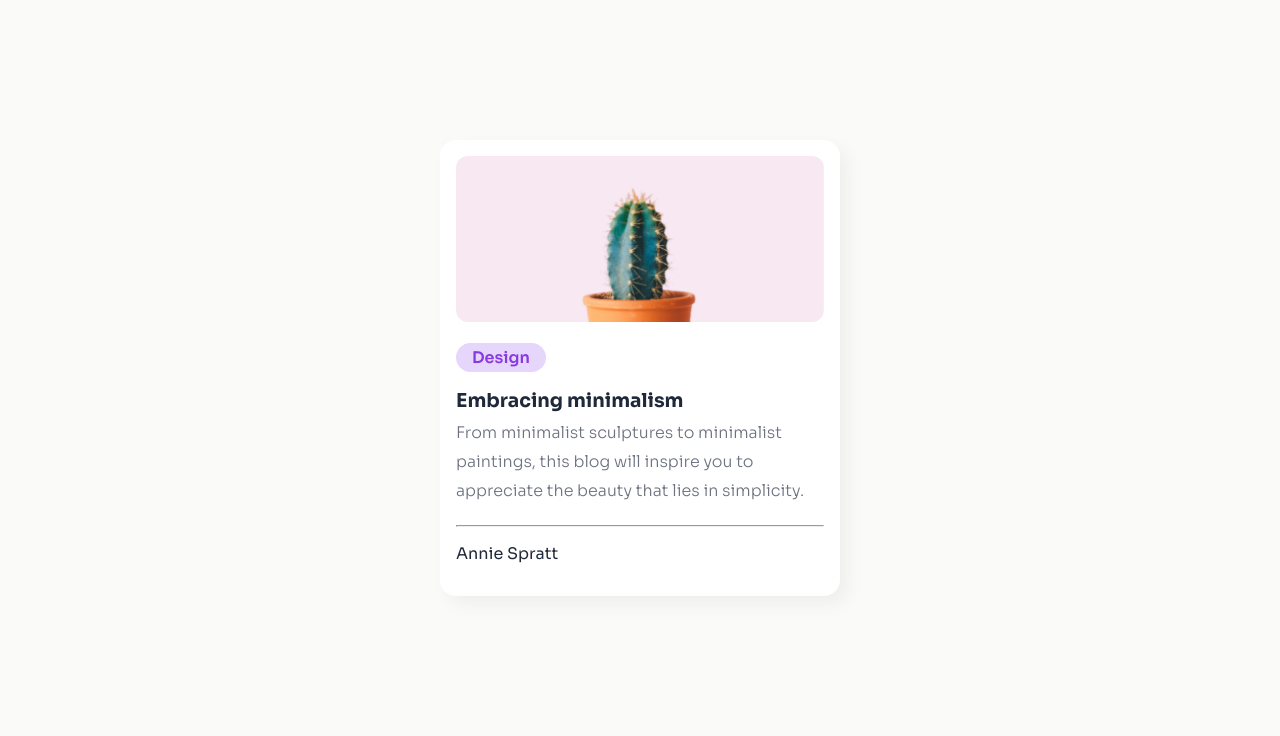
Repository: PCGP22/devChallengesio
Page: 01 - Minimal Blog Card/blogCard.html
The author's editor kept a copy of each file at every save. The page is drawn from the files as they stood at one save, then again after the next save.
The browser window is 1280 px wide. The pictures show the whole page.

Above is the page before, as saved 2024-01-01 20:04:55.

### 01 - Minimal Blog Card/blogCard.html
<!DOCTYPE html>
<html lang="en">
<head>
    <link rel="stylesheet" type="text/css" href="styles.css">
    <meta charset="UTF-8">
    <meta name="viewport" content="width=device-width, initial-scale=1.0">
    <title>Document</title>
</head>
<body>
    <div class="card">
        <img src="./cactus_img.jpg" alt="cactus image">
        <p class="tag">Design</p>
        <h1>Embracing minimalism</h1>
        <p class="text">From minimalist sculptures to minimalist paintings, this blog will inspire you to appreciate the beauty that lies in simplicity.</p>
        <hr/>
        <p>Annie Spratt</p>
    </div>
</body>
</html>

### 01 - Minimal Blog Card/styles.css
@import url('https://fonts.googleapis.com/css2?family=Prata&family=Sora:wght@300;400;500;600;700&display=swap');

:root{
    --purple_text: #883AE1;
    --purple_background: #E6D6FC;
    --line: #E5EAF0;
    --body_background: #FAFAF9;
    --card_background: #FFFFFF;
    --text_title: #20293A;
    --text_body: #6C727F;
    --shadow: #efefee;

    --card_width: 368px;

    font-family: 'Sora', sans-serif;;
    color: var(--text_title);
}

body{
    background-color: var(--body_background);
    display: grid;
    place-content: center;
    min-height: 100svh;
}

.card{
    background-color: var(--card_background);
    padding: 16px;
    max-width: var(--card_width);
    border-radius: 16px;
    box-shadow: var(--shadow) 8px 8px 16px;
}

.card img{
    width: 100%;
    border-radius: 12px;
}

.tag{
    display: inline-block;
    background-color: var(--purple_background);
    color: var(--purple_text);
    font-weight: 600;
    padding: 4px 16px;
    border-radius: 16px;
    margin-block: 16px;
}

h1{
    font-size: 1.2em;
    margin-top: 0;
    margin-bottom: 6px;
}

.text{
    margin-top: 0;
    margin-bottom: 20px;
    color: var(--text_body);
    font-weight: 300;
    line-height: 1.8em;
}

After the next save:
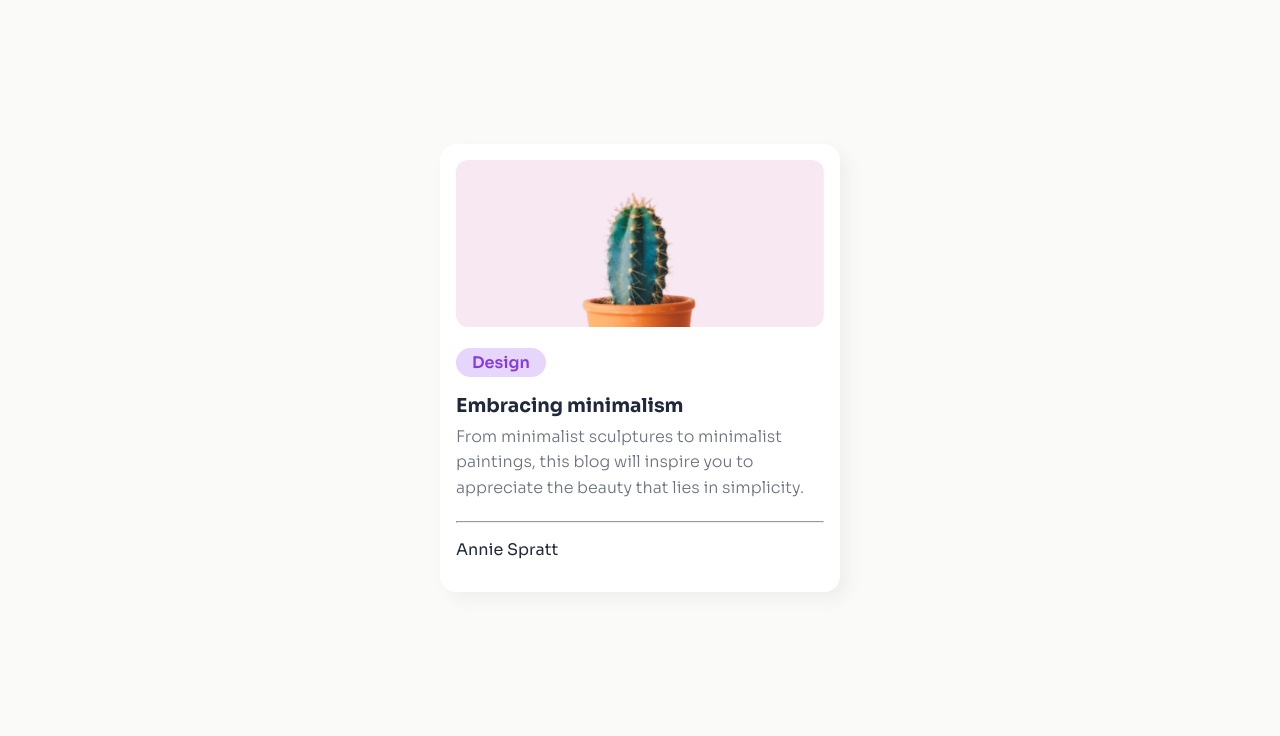
Saved 10 s later.
--- a/01 - Minimal Blog Card/styles.css
+++ b/01 - Minimal Blog Card/styles.css
@@ -57,5 +57,5 @@ h1{
     margin-bottom: 20px;
     color: var(--text_body);
     font-weight: 300;
-    line-height: 1.8em;
+    line-height: 1.6em;
 }
